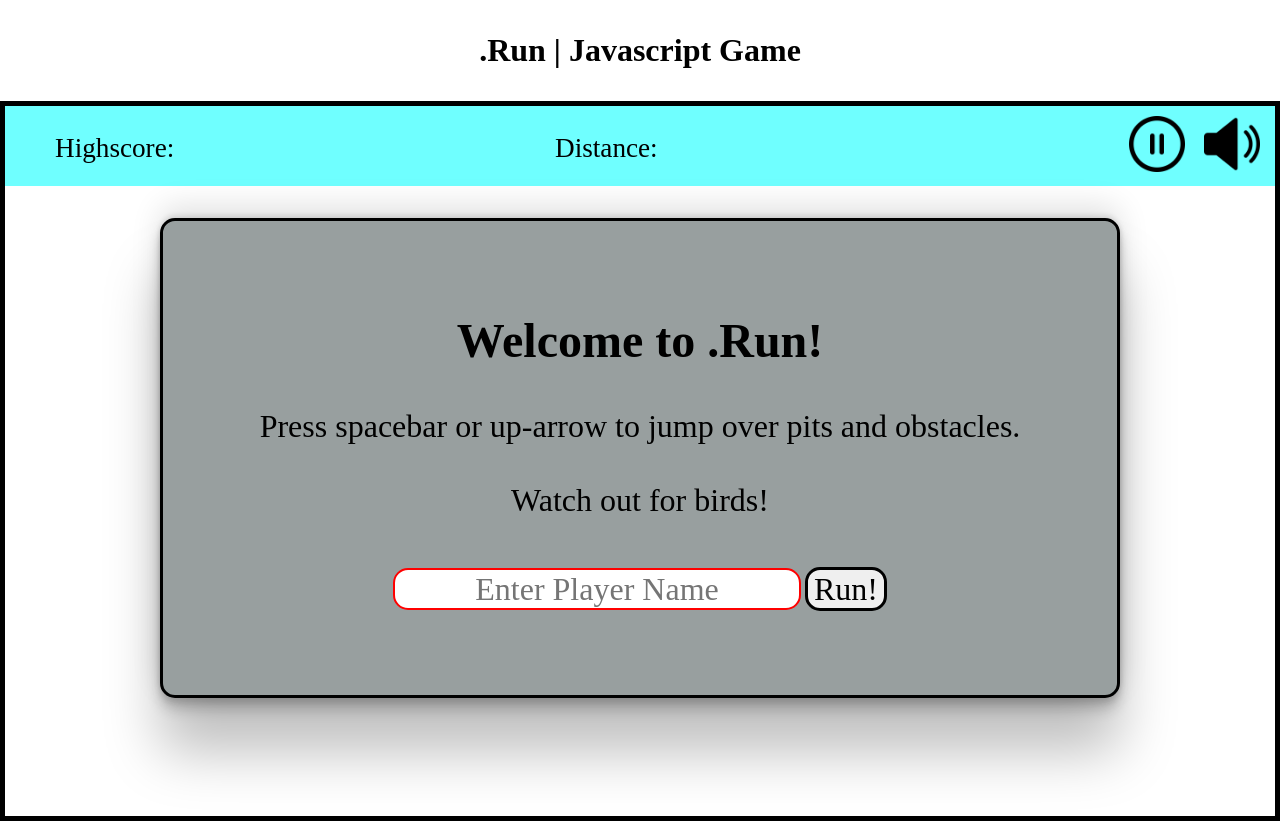
Repository: jellymel0n/bit-biker
Page: index.html
These files come from the project's save history. The page is drawn as it stood at one moment and after the next save; the edit follows.
The browser window is 1280 px wide. The pictures show the whole page.

Above is the page before, as saved 2021-07-05 11:26:56.

After the next save:
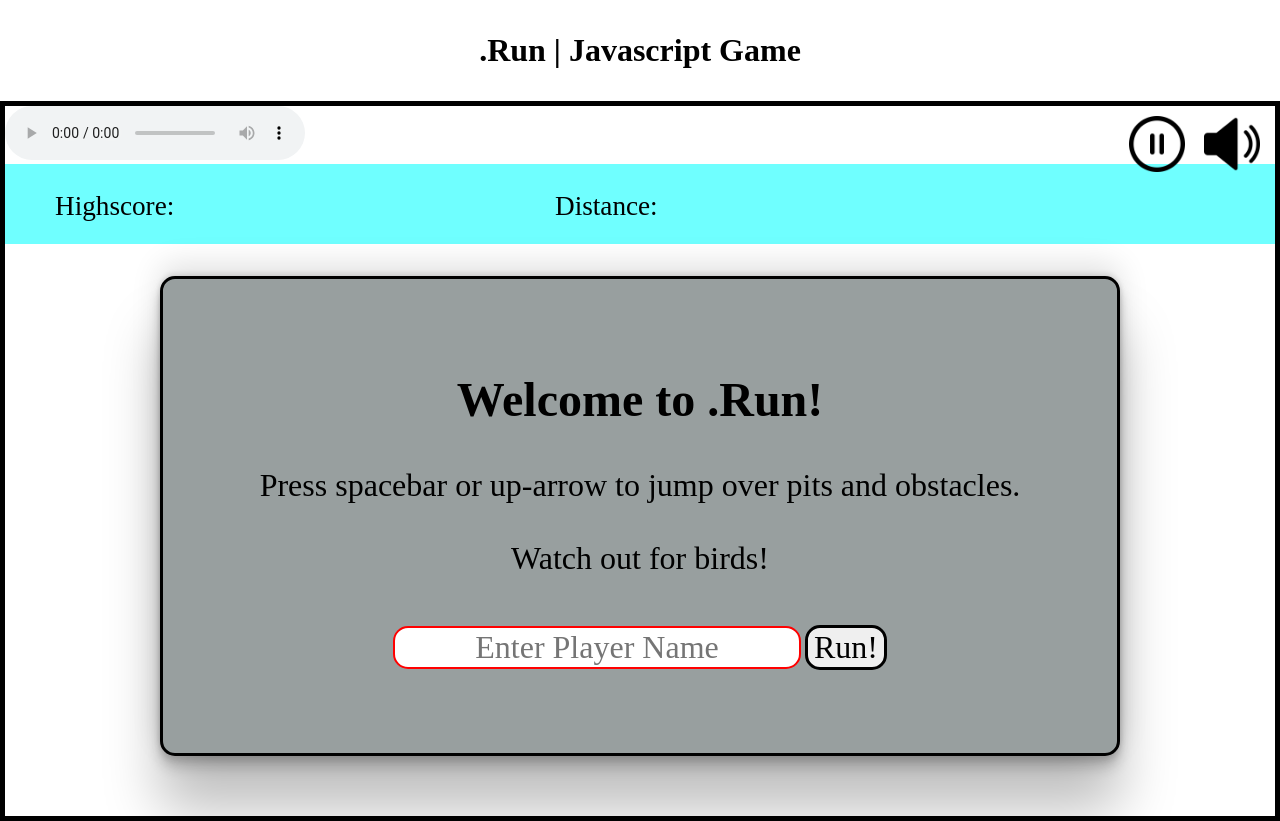
Saved 3 min 44 s later.
--- a/index.html
+++ b/index.html
@@ -15,7 +15,7 @@
 
     <main id="game-board">
         <div id="song">
-            <audio id='song-playback'>
+            <audio id='song-playback' controls="">
                 <source src="assets/music/run-song.mp3" type="audio/mp3" />
                 Your browser does not support audio playback
             </audio>

After the 3 saves that followed:
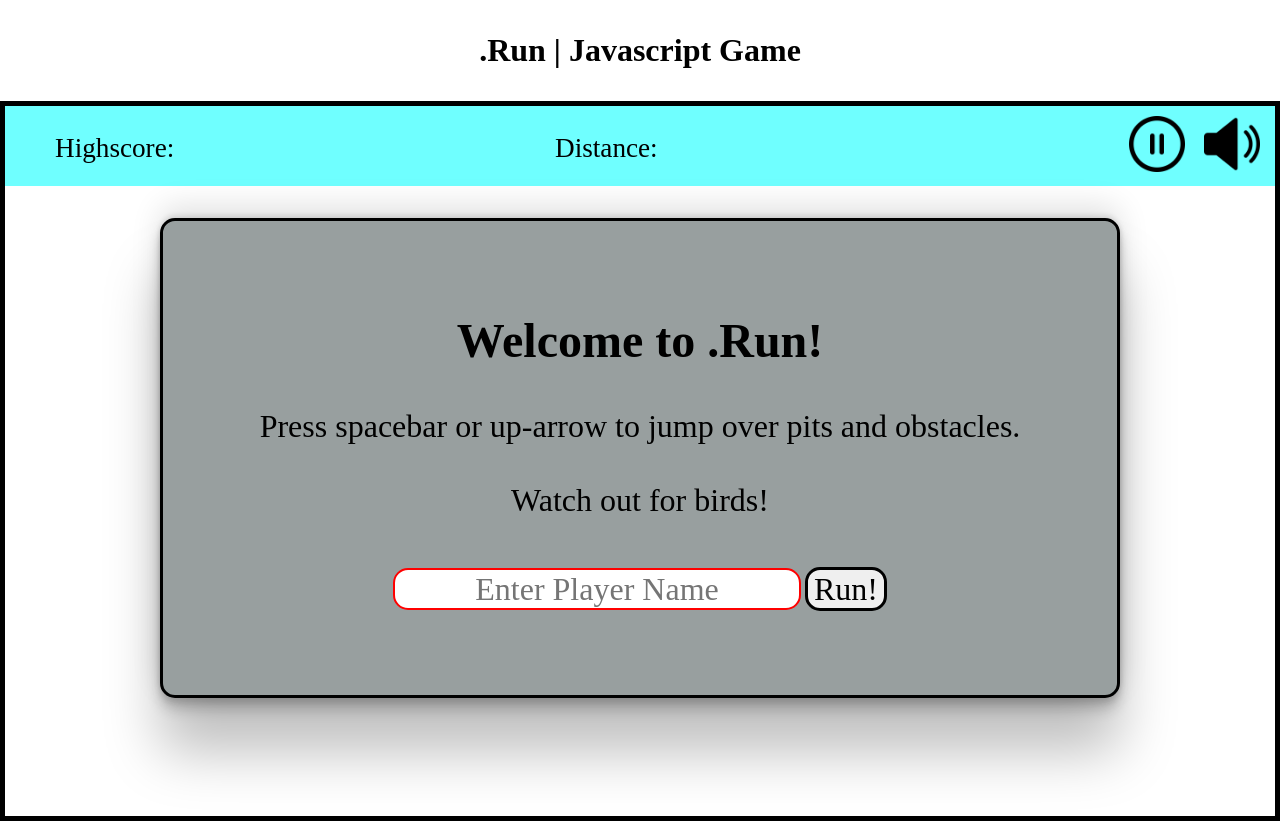
The 3 saves are shown as one change because 2 left the picture as it was.
The last was saved 8 min 45 s later.
--- a/index.html
+++ b/index.html
@@ -15,7 +15,7 @@
 
     <main id="game-board">
         <div id="song">
-            <audio id='song-playback' controls="">
+            <audio id='song-playback'>
                 <source src="assets/music/run-song.mp3" type="audio/mp3" />
                 Your browser does not support audio playback
             </audio>
